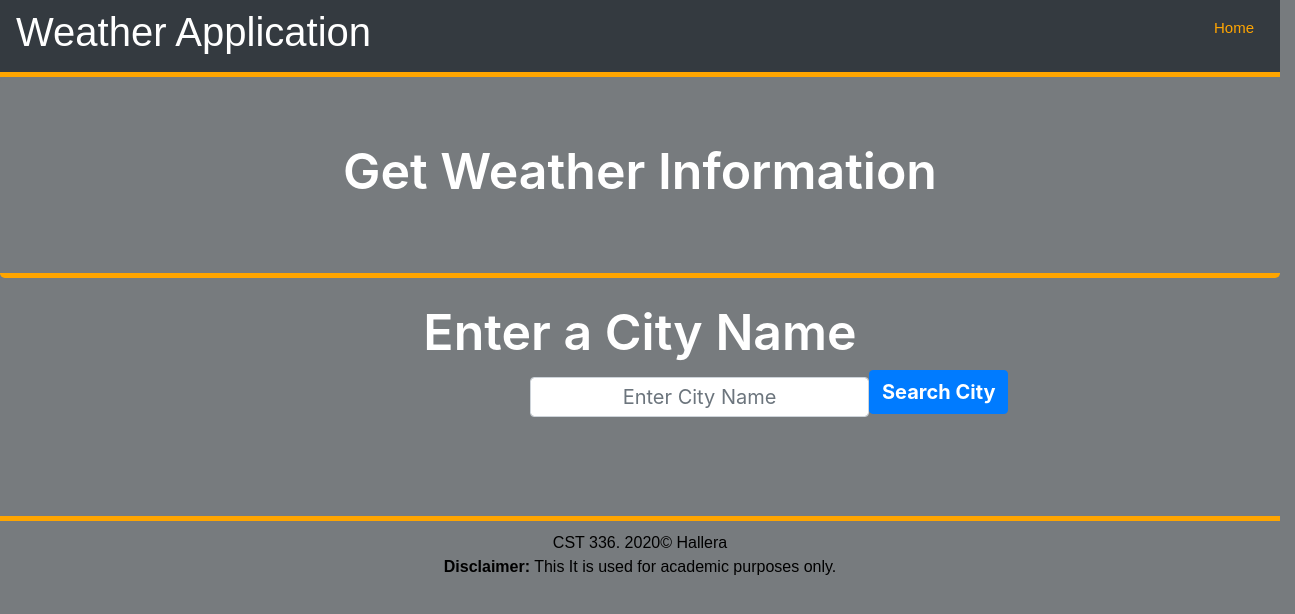
Repository: ElijahHallera/336-Internet-Prog
Page: cst336_s2020_Project3-master/cst336_s2020_Project3-master/index.html
The author's editor kept a record of every edit. The page is drawn from the files as they stood at one moment, then again after the next edit.
The browser window is 1280 px wide. The page is 1295 px wide, then 1280 px, so the pictures cover 1295 px, including what lies to the right of the window. The pictures show the whole page.

Above is the page before.

After the next edit:
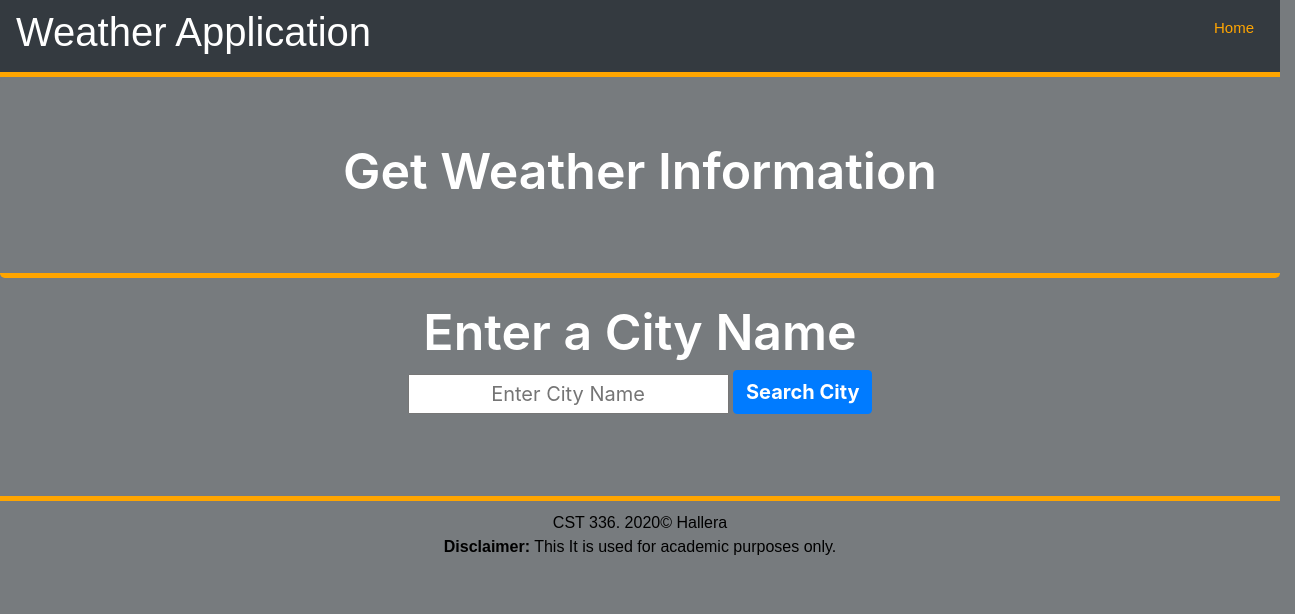
The edit:
--- a/cst336_s2020_Project3-master/cst336_s2020_Project3-master/index.html
+++ b/cst336_s2020_Project3-master/cst336_s2020_Project3-master/index.html
@@ -35,12 +35,8 @@
                 <span id = "error"></span>
             </div>
 
-            <div class = "row form-group form-inline">
-               &emsp;&emsp;&emsp;&emsp;&emsp;&emsp;&emsp;&emsp;&emsp;&emsp;&emsp;&emsp;
-               &emsp;&emsp;&emsp;&emsp;&emsp;&emsp;&emsp;&emsp;&emsp;&emsp;&emsp;&emsp;
-               &emsp;&emsp;&emsp;&emsp;&emsp;&emsp;&emsp;&emsp;&emsp;&ensp;
-               <input type="text" name = "city" id = "city" class = "form-control" placeholder = "Enter City Name">
-               <button id = "submitWeather" class="btn btn-primary"> Search City </button>
+            <div class = "center">
+               <center><input type="text" name = "city" id = "city" placeholder = "Enter City Name"> <button id = "submitWeather" class="btn btn-primary"> Search City </button></center>
             </div>
 
             </br>
